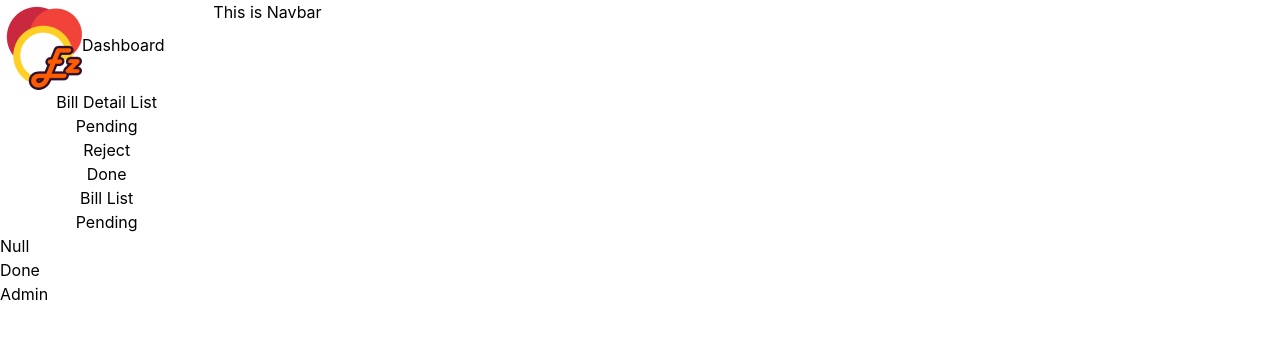
Repository: ntuan2502/mhhpm-admin
Page: /
The author's editor kept a copy of each file at every save. The page is drawn from the files as they stood at one save, then again after a run of saves.
The browser window is 1280 px wide. The pictures show the whole page.
The project was rebuilt for these pictures with package versions that can differ from the ones it lists, and the page was loaded fresh each time. The framework's server and built-in components were replaced by stand-ins that run in the browser. Also part of the build but not shown: next.config.js, components/Footer.js, styles/Home.module.css.

Above is the page before, as saved 2022-01-07 20:42:03.

### pages/_app.js
import Layout from '../components/Layout';
import '../styles/globals.css';

function MyApp({ Component, pageProps }) {
	return (
		<Layout>
			<Component {...pageProps} />
		</Layout>
	);
}

export default MyApp;

### pages/index.js
import Head from 'next/head';
import Image from 'next/image';
import styles from '../styles/Home.module.css';
import Link from 'next/link';
import { useState } from 'react';
import { useEffect } from 'react';

export default function Home() {
	return (
		<>
			<Head>
				<title>EzOrder | Home</title>
				<meta name="keywords" content="EzOrder"></meta>
			</Head>
		</>
	);
}

### components/Layout.js
import Navbar from './Navbar';
import Footer from './Footer';
import Sidebar from './Sidebar';

const Layout = ({ children }) => {
	return (
		<div className="flex">
			<div className="w-1/6">
				<Sidebar />
			</div>
			<div className="w-5/6">
				<Navbar />
				{children}
			</div>
		</div>
	);
};

export default Layout;

### components/Navbar.js
import Link from 'next/link';
import Image from 'next/image';

const Navbar = () => {
	return (
		<nav>
			<h1>This is Navbar</h1>
		</nav>
	);
};

export default Navbar;

### components/Sidebar.js
import React from 'react';
import Image from 'next/image';

export default function Sidebar() {
	return (
		<div className="Sildebar">
			<div className="flex items-center">
				<Image src="/assets/images/Logo 1.png" width={82} height={90}></Image>
				<div>Dashboard</div>
			</div>
			<div className="flex justify-center">Bill Detail List</div>
			<div className="flex justify-center">Pending</div>
			<div className="flex justify-center">Reject</div>
			<div className="flex justify-center">Done</div>
			<div className="flex justify-center">Bill List</div>
			<div className="flex justify-center">Pending</div>
			<div>Null</div>
			<div>Done</div>
			<div>Admin</div>
		</div>
	);
}

Loaded but not shown: styles/globals.css (common file); tailwind.config.js (common file)

After the next 2 saves:
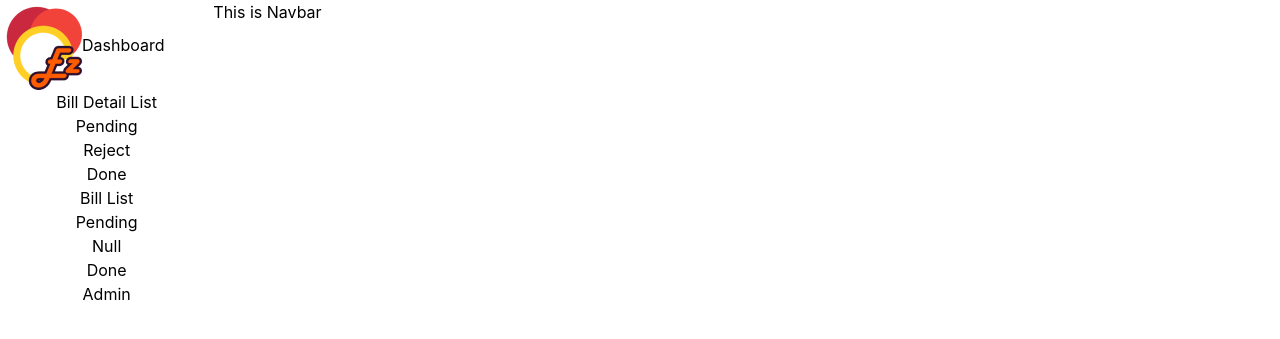
The 2 saves are shown as one change because they came seconds apart.
The last was saved 37 s later.
--- a/components/Sidebar.js
+++ b/components/Sidebar.js
@@ -14,9 +14,9 @@
 			<div className="flex justify-center">Done</div>
 			<div className="flex justify-center">Bill List</div>
 			<div className="flex justify-center">Pending</div>
-			<div>Null</div>
-			<div>Done</div>
-			<div>Admin</div>
+			<div className="flex justify-center">Null</div>
+			<div className="flex justify-center">Done</div>
+			<div className="flex justify-center">Admin</div>
 		</div>
 	);
 }
